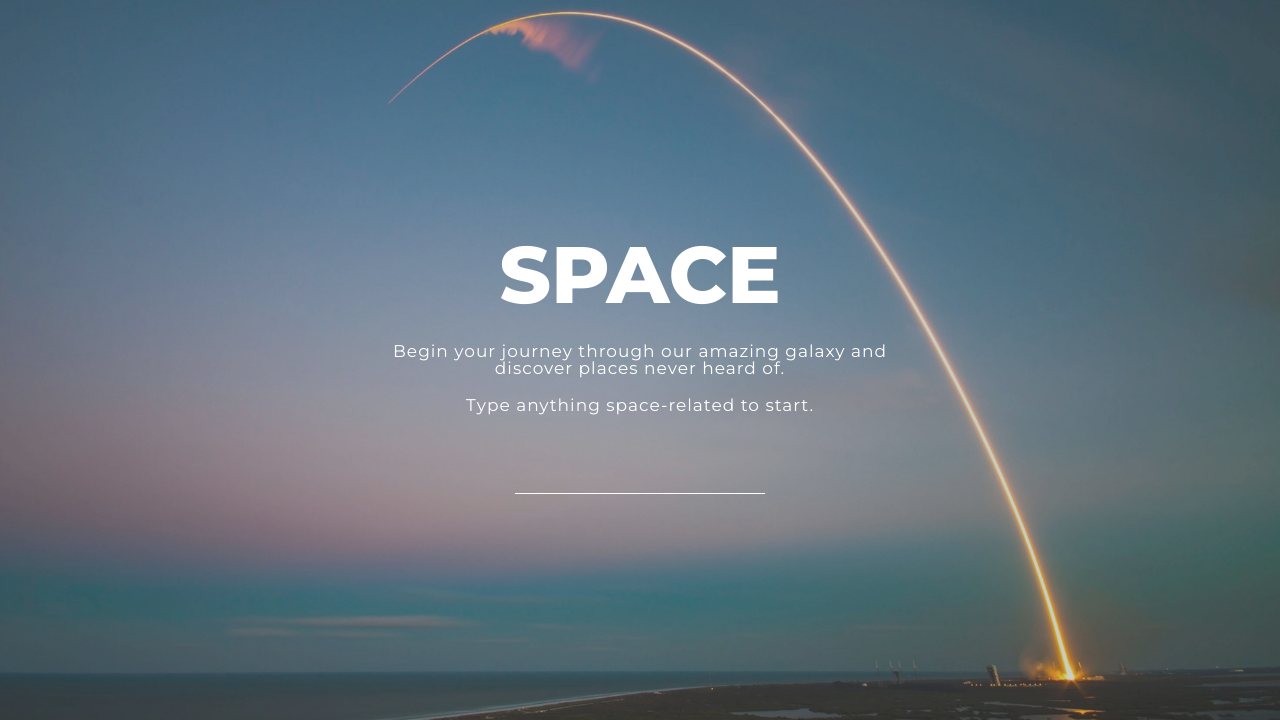
Repository: pmor80/spacer
Page: /
An editor plug-in stored every save of this project. The page is shown before and after the next save, followed by the edit.
The browser window is 1280 px wide. The pictures show the whole page.
The project was rebuilt for these pictures with package versions that can differ from the ones it lists, and the page was loaded fresh each time.

Above is the page before, as saved 2019-07-02 16:17:28.

### public/index.html
<!DOCTYPE html>
<html lang="en">
  <head>
    <meta charset="utf-8">
    <meta http-equiv="X-UA-Compatible" content="IE=edge">
    <meta name="viewport" content="width=device-width,initial-scale=1.0">
    <link rel="icon" href="<%= BASE_URL %>favicon.ico">
    <title>spacer</title>
  </head>
  <body>
    <noscript>
      <strong>We're sorry but spacer doesn't work properly without JavaScript enabled. Please enable it to continue.</strong>
    </noscript>
    <div id="app"></div>
    <!-- built files will be auto injected -->
  </body>
</html>

### src/main.js
import Vue from 'vue';
import App from './App.vue';

Vue.config.productionTip = false;

new Vue({
  render: h => h(App),
}).$mount('#app');

### src/App.vue
<template>
  <div class="wrapper">
    <HeroImage />
    <Claim />
    <SearchInput />
  </div>
</template>

<script>
import axios from "axios";
import debounce from "lodash.debounce";
import Claim from "@/components/Claim.vue";
import SearchInput from "@/components/SearchInput.vue";
import HeroImage from "@/components/HeroImage.vue";

const API = "https://images-api.nasa.gov/search";

export default {
  name: "App",
  components: {
    HeroImage,
    Claim,
    SearchInput
  },
  data() {
    return {
      searchValue: "",
      results: []
    };
  },
  methods: {
    handleInput: debounce(function() {
      axios
        .get(`${API}?q=${this.searchValue}&media_type=image`)
        .then(response => {
          this.results = response.data.collection.items;
        })
        .catch(err => {
          console.log(err);
        });
    }, 500)
  }
};
</script>

<style lang="scss">
@import url("https://fonts.googleapis.com/css?family=Montserrat:300,400,600,800");

* {
  box-sizing: border-box;
  -webkit-font-smoothing: antialiased;
  -moz-osx-font-smoothing: grayscale;
}

body {
  font-family: "Montserrat", sans-serif;
  margin: 0;
  padding: 0;
}

.wrapper {
  margin: 0;
  padding: 30px;
  width: 100%;
  min-height: 100vh;
  display: flex;
  flex-direction: column;
  align-items: center;
  justify-content: center;
}
</style>

### src/components/Claim.vue
<template>
  <div class="claimWrapper">
    <h1 class="claim">SPACE</h1>
    <p
      class="subclaim"
    >Begin your journey through our amazing galaxy and discover places never heard of.</p>
    <p class="subclaim">Type anything space-related to start.</p>
  </div>
</template>

<script>
export default {
  name: "Claim"
};
</script>

<style lang="scss" scoped>
.claimWrapper {
  display: flex;
  flex-direction: column;
  justify-content: center;
  align-items: center;
  text-align: center;
  color: #fff;
}
.claim {
  font-size: 50px;
  margin: 0;

  @media (min-width: 768px) {
    font-size: 80px;
  }
}

.subclaim {
  margin: 20px 0 0 0;
  font-size: 13px;
  width: 500px;
  font-weight: 400;

  @media (min-width: 768px) {
    font-size: 17px;
    line-height: 1;
    letter-spacing: 1px;
  }
}
</style>

### src/components/SearchInput.vue
<template>
  <div class="searchWrapper">
    <input id="search" name="search" v-model="searchValue" @input="handleInput" />
  </div>
</template>

<script>
export default {
  name: "SearchInput"
};
</script>

<style lang="scss" scoped>
.searchWrapper {
  margin: 50px 0 0 0;
  display: flex;
  flex-direction: column;
  width: 250px;

  input {
    color: #fff;
    text-align: center;
    font-size: 18px;
    font-weight: 300;
    height: 30px;
    border: 0;
    background: none;
    border-bottom: 1px solid #fff;
    transition: box-shadow 0.3s ease-out;
  }
  input:focus {
    outline: none;
    box-shadow: 0 10px 20px -8px rgba(255, 255, 255, 0.3);
  }
}
</style>

### src/components/HeroImage.vue
<template>
  <div class="heroImage"></div>
</template>

<script>
export default {
  name: "HeroImage"
};
</script>

<style lang="scss" scoped>
.heroImage {
  width: 100%;
  height: 100vh;
  position: fixed;
  top: 0;
  z-index: -1;
  justify-content: center;
  background-image: url("../assets/heroimage.jpg");
  background-repeat: no-repeat;
  background-size: cover;
  background-position: 80% 0%;
}
.heroImage::after {
  content: "";
  background: rgba(0, 0, 0, 0.2);
  position: absolute;
  top: 0;
  left: 0;
  z-index: 1;
  width: 100%;
  height: 100vh;
}
</style>

After the next save:
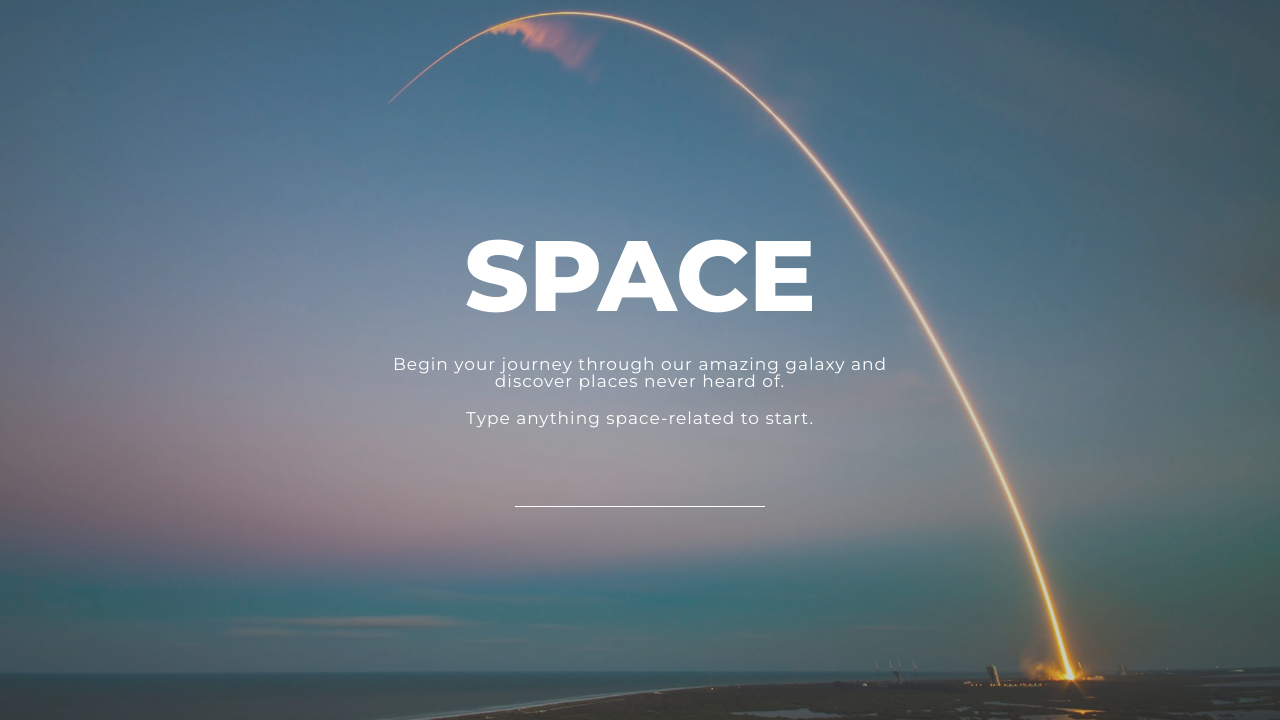
Saved 50 s later.
--- a/src/components/Claim.vue
+++ b/src/components/Claim.vue
@@ -30,6 +30,10 @@ export default {
   @media (min-width: 768px) {
     font-size: 80px;
   }
+
+  @media (min-width: 1024px) {
+    font-size: 100px;
+  }
 }
 
 .subclaim {
